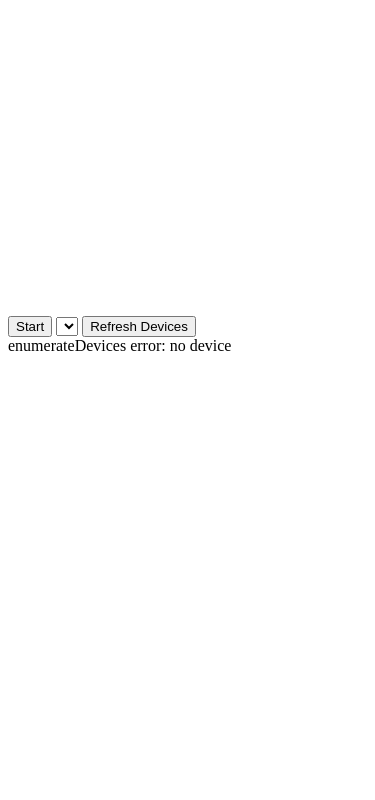
Repository: gghsoftware/Airplane
Page: obj_viewer.html
These files come from the project's save history. The page is drawn as it stood at one moment and after the next save; the edit follows.
The browser window is 375 px wide. The pictures show the whole page.

Above is the page before, as saved 2025-11-04 14:30:27.

After the next save:
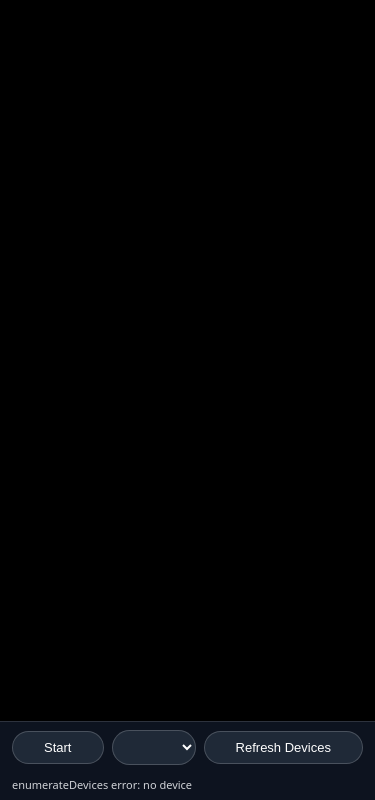
Saved 5 s later.
--- a/obj_viewer.html
+++ b/obj_viewer.html
@@ -5,8 +5,110 @@
 <meta name="viewport" content="width=device-width,initial-scale=1" />
 <title>Camera + Colored OBJ Airplane</title>
 <style>
-
+  /* Base page styling */
+  html, body {
+    margin: 0;
+    padding: 0;
+    height: 100%;
+    background: #000;          /* behind everything */
+    color: #e5e7eb;
+    font: 14px/1.4 system-ui;
+  }
+
+  /* Fullscreen area for camera + overlay */
+  #wrap {
+    position: relative;
+    width: 100vw;
+    height: 100vh;
+    overflow: hidden;          /* crop to screen like a real camera */
+  }
+
+  /* Container that holds video + 3D canvas stacked */
+  #videoContainer {
+    position: relative;
+    width: 100%;
+    height: 100%;
+  }
+
+  /* Make video + canvas fill the screen, keep aspect ratio, crop edges */
+  #videoContainer video,
+  #videoContainer canvas {
+    position: absolute;
+    inset: 0;
+    width: 100%;
+    height: 100%;
+    object-fit: cover;         /* key: fills like a camera preview */
+    display: block;
+    border-radius: 0;          /* full screen, no rounding */
+  }
+
+  /* Video has black while loading, canvas must be transparent */
+  #videoContainer video {
+    background: #000;
+  }
+  #videoContainer canvas {
+    background: transparent;   /* so camera shows behind Three.js */
+  }
+
+  /* Bottom control bar – responsive, floats over video */
+  #ui {
+    position: fixed;
+    left: 0;
+    right: 0;
+    bottom: 0;
+    display: flex;
+    flex-wrap: wrap;
+    align-items: center;
+    gap: 8px;
+    padding: 8px 12px calc(env(safe-area-inset-bottom, 0px) + 8px);
+    background: #111827cc;
+    border-top: 1px solid #ffffff22;
+    backdrop-filter: blur(10px);   /* nice glassy look on mobile */
+    z-index: 10;
+  }
+
+  button,
+  select {
+    background: #1f2937;
+    border: 1px solid #ffffff30;
+    color: #fff;
+    border-radius: 999px;
+    padding: 8px 12px;
+    margin: 0;
+    font-size: 13px;
+  }
+
+  /* On small screens, make selects/buttons wrap nicely */
+  @media (max-width: 600px) {
+    #ui {
+      font-size: 12px;
+    }
+    button,
+    select {
+      flex: 1 1 auto;
+      min-width: 0;
+    }
+  }
+
+  /* Log text goes full width at bottom of bar */
+  #log {
+    white-space: pre-wrap;
+    margin-top: 4px;
+    font-size: 11px;
+    opacity: 0.9;
+    flex-basis: 100%;
+    max-height: 4.5em;
+    overflow-y: auto;
+  }
+
+  /* Canvas starts hidden until camera is on (as in your JS) */
+  #three {
+    opacity: 0;
+    transition: opacity .3s;
+    pointer-events: none;
+  }
 </style>
+
 </head>
 <body>
 <div id="wrap">
